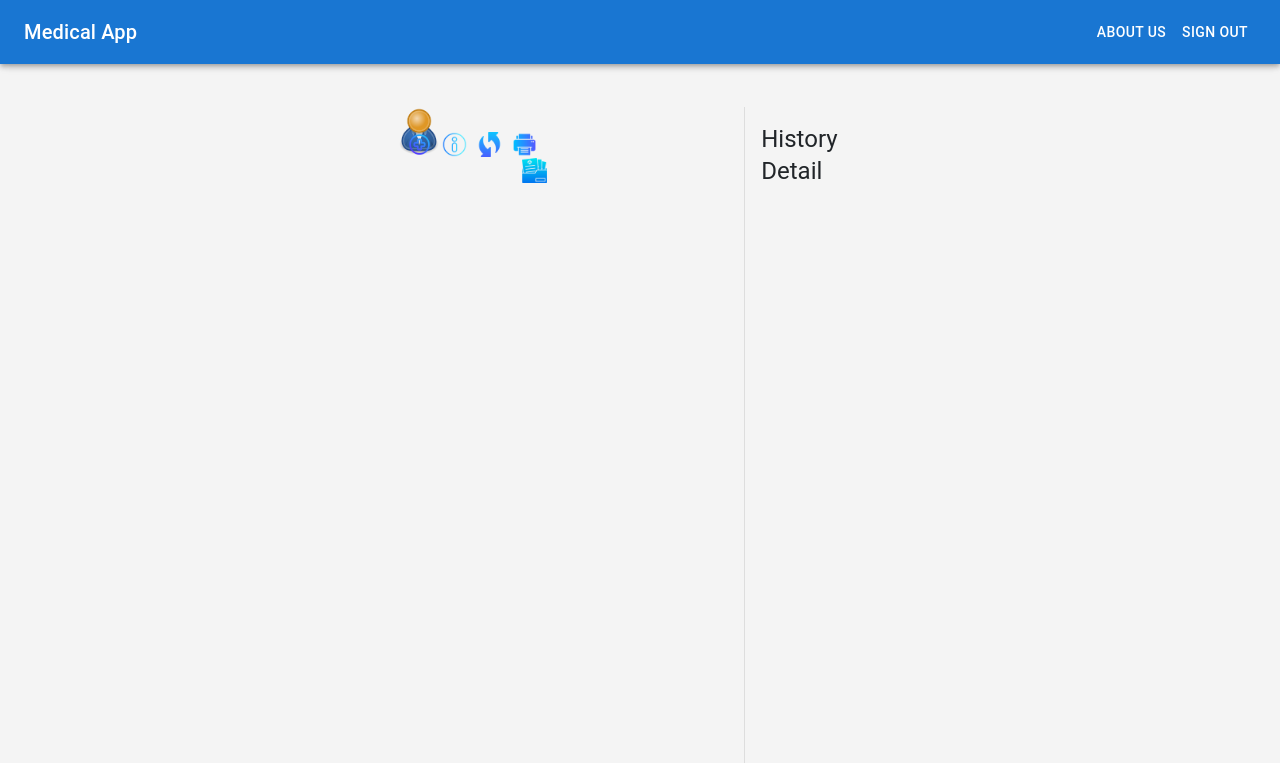
Repository: sshaiv/demo_project
Page: /
An editor plug-in stored every save of this project. The page is shown before and after the next save, followed by the edit.
The browser window is 1280 px wide. The pictures show the whole page.
The project was rebuilt for these pictures with package versions that can differ from the ones it lists, and the page was loaded fresh each time. Also part of the build but not shown: src/components/AddPatient.js.

Above is the page before, as saved 2024-08-12 23:52:02.

### public/index.html
<!DOCTYPE html>
<html lang="en">
  <head>
    <meta charset="utf-8" />
    <link rel="icon" href="%PUBLIC_URL%/favicon.ico" />
    <meta name="viewport" content="width=device-width, initial-scale=1" />
    <meta name="theme-color" content="#000000" />
    <meta
      name="description"
      content="Web site created using create-react-app"
    />
    <link rel="apple-touch-icon" href="%PUBLIC_URL%/logo192.png" />
    <!--
      manifest.json provides metadata used when your web app is installed on a
      user's mobile device or desktop. See https://developers.google.com/web/fundamentals/web-app-manifest/
    -->
    <link rel="manifest" href="%PUBLIC_URL%/manifest.json" />
    <link
  rel="stylesheet"
  href="https://maxcdn.bootstrapcdn.com/bootstrap/4.5.2/css/bootstrap.min.css"
/>

    <!--
      Notice the use of %PUBLIC_URL% in the tags above.
      It will be replaced with the URL of the `public` folder during the build.
      Only files inside the `public` folder can be referenced from the HTML.

      Unlike "/favicon.ico" or "favicon.ico", "%PUBLIC_URL%/favicon.ico" will
      work correctly both with client-side routing and a non-root public URL.
      Learn how to configure a non-root public URL by running `npm run build`.
    -->
    <title>React App</title>
  </head>
  <body>
    <noscript>You need to enable JavaScript to run this app.</noscript>
    <div id="root"></div>
    <!--
      This HTML file is a template.
      If you open it directly in the browser, you will see an empty page.

      You can add webfonts, meta tags, or analytics to this file.
      The build step will place the bundled scripts into the <body> tag.

      To begin the development, run `npm start` or `yarn start`.
      To create a production bundle, use `npm run build` or `yarn build`.
    -->
  </body>
</html>

### src/App.js
// src/App.js
import React from 'react';
import { Box, Container } from '@mui/material';
import LeftSection from './components/LeftSection';
import RightSection from './components/RightSection';
import Header from './components/Header'; // Assuming you have a Header component

const App = () => {
  return (
    <div>
      <Header /> {/* Include your header if you have one */}

      <Box
        sx={{
          position:'relative',
          top:'75px',
          display: 'flex',
          height: 'calc(100vh - 64px)', // Adjust height if you have a header
        }}
      >
        <Box sx={{ width: '70%', overflowY: 'scroll' }}>
          <LeftSection />

        </Box>
        <Box sx={{ width: '30%', borderLeft: '1px solid #ddd' }}>
          <RightSection />
        </Box>
      </Box>
    </div>
  );
};

export default App;

### src/components/LeftSection.jsx
// src/components/LeftSection.js
import React from 'react';
// import { Box, Typography, TextField, Grid } from '@mui/material';
import NursingHeader from './NursingHeader';
import AddPatient from './AddPatient';
import { useState } from 'react';

const LeftSection = () => {


  const [showLogin, setShowLogin] = useState(false)

  return (
    <>
    {showLogin? <AddPatient  setShowLogin={setShowLogin}/>:<></>}

     <div>
      <NursingHeader  setShowLogin={setShowLogin} />
      </div>
   </>
  );
};

export default LeftSection;

### src/components/RightSection.jsx
// src/components/RightSection.js
import React from 'react';
import { Box, Typography } from '@mui/material';

const RightSection = () => {
  return (
    <Box
      sx={{
        width: '100%',
        height: 'calc(100vh - 64px)',
        padding: '16px',
        boxSizing: 'border-box',
      }}
    >
      <Typography variant="h5" gutterBottom>
        History Detail
      </Typography>
      {/* Add more content as needed */}
    </Box>
  );
};

export default RightSection;

### src/components/Header.js
import React from 'react';
import { AppBar, Toolbar, Typography, Button } from '@mui/material';

const Header = () => {
  return (
    <AppBar position="fixed">
      <Toolbar>
        <Typography variant="h6" style={{ flexGrow: 1 }}>
          Medical App
        </Typography>
        <Button color="inherit">About Us</Button>
        <Button color="inherit">Sign Out</Button>
      </Toolbar>
    </AppBar>
  );
};

export default Header;

### src/components/NursingHeader.js
// import React from "react";
import React from "react";
import  '../cssfile/style.css'

const NursingHeader = ({setShowLogin}) => {
  return (
    <div id="NursingHeader" className="container-fluid">
      <div className="row">
        {/* Employee Image */}
        <div className="col-md-1">
          <img
            src="/assets/2000px-User_icon_2.svg.png"
            style={{
              width: "50px",
              height: "50px",
              marginRight: "10px",
              cursor: "pointer",
            }}
            alt=""
            onClick={() => console.log("Add Patient Clicked")}
          />
        </div>

        {/* Patient Information */}
        <div className="col-md-5">
          <div
            className="input-group input-group-sm"
            style={{ fontWeight: "bolder", border: "none" }}
          >
            <span
              id="txtPatName"
              style={{
                display: "inline",
                fontWeight: "bolder",
                border: "none",
              }}
            >
              {/* Patient Name */}
            </span>
            <span
              id="txtAgeSex"
              style={{
                display: "inline",
                fontWeight: "bolder",
                border: "none",
              }}
            >
              {/* Age and Sex */}
            </span>
            <span
              id="txtNurIpdNo"
              style={{
                display: "inline",
                fontWeight: "bolder",
                border: "none",
              }}
            >
              {/* Nurse IPD Number */}
            </span>
            <span
              id="txtMobNo"
              className="glyphicon glyphicon-phone"
              style={{
                display: "inline",
                fontWeight: "bolder",
                fontSize: "15px",
                border: "none",
              }}
            >
              {/* Mobile Number */}
            </span>
          </div>
        </div>

        {/* Action Buttons */}
        <div
        className="col-md-6"
        style={{ textAlign: "right", position: "relative", bottom: "40px" }}
      >
        <img
          src="/assets/addpatients.png"
          style={{
            width: "25px",
            height: "25px",
            marginRight: "10px",
            cursor: "pointer",
          }}
          alt="ADD"
          onClick={() => setShowLogin(true)}
        />
        <img
          src="/assets/info-button.png"
          style={{
            width: "25px",
            height: "25px",
            marginRight: "10px",
            cursor: "pointer",
          }}
          alt="Info"
          onClick={() => console.log("Info Button Clicked")}
        />
        <img
          src="/assets/refresh.png"
          style={{
            width: "25px",
            height: "25px",
            marginRight: "10px",
            cursor: "pointer",
          }}
          alt="Refresh"
          onClick={() => console.log("Refresh Clicked")}
        />
        <img
          src="/assets/printer.png"
          style={{
            width: "25px",
            height: "25px",
            marginRight: "10px",
            cursor: "pointer",
          }}
          alt="Print"
          onClick={() => console.log("Print Clicked")}
        />
        <img
          src="/assets/folder.png"
          style={{ width: "25px", height: "25px", cursor: "pointer" }}
          alt="Folder"
          onClick={() => console.log("Folder Clicked")}
        />
      </div>


      </div>

      {/* Hidden Fields */}
      <div className="row">
        <div className="col-md-1" hidden>
          <label>Bed No.</label>
          <input
            id="txtBedNo"
            type="text"
            className="form-control form-control-readonly"
            readOnly
            disabled
          />
        </div>
        <div className="col-md-1" hidden>
          <label>Age</label>
          <input
            id="txtAge"
            type="text"
            className="form-control form-control-readonly"
            readOnly
            disabled
          />
        </div>
        <div className="col-md-1" hidden>
          <label>Gender</label>
          <input
            id="txtGender"
            type="text"
            className="form-control form-control-readonly"
            readOnly
            disabled
          />
        </div>
      </div>
    </div>
  );
};

// Reusable Button Component
const Button = ({ id, imgSrc, onClick, title, disabled }) => (
  <button
    id={id}
    className="btn btn-primary btn-sm"
    style={{ backgroundColor: "transparent" }}
    onClick={onClick}
    title={title}
    disabled={disabled}
  >
    <img
      src={imgSrc}
      style={{ width: "25px", height: "25px" }}
      alt={title || "button"}
    />
  </button>
);

export default NursingHeader;

### src/cssfile/style.css
body {
    font-family: Arial, sans-serif;
    background-color: #f4f4f4;
    display: flex;
    justify-content: center;
    align-items: center;
    height: 100vh;
    margin: 0;
  }

  .container {
    background-color: white;
    width: 85%;
    border: 2px solid #003366;
    border-radius: 8px;
    padding: 20px;
  }

  .header {
    display: flex;
    justify-content: space-between;
    align-items: center;
    background-color: #003366;
    color: white;
    padding: 10px;
    border-radius: 6px;
  }

  .header h2 {
    margin: 0;
  }

  .buttons {
    display: flex;
    gap: 10px;
  }

  .buttons button {
    background-color: white;
    border: none;
    border-radius: 50%;
    padding: 8px;
    cursor: pointer;
    font-size: 16px;
  }

  .patient-form {
    margin-top: 20px;
  }

  .row {
    display: flex;
    align-items: center;
    margin-bottom: 15px;
    gap: 15px;
  }

  .row label {
    width: 100px;
    font-weight: bold;
  }

  .row input,
  .row select {
    flex: 1;
    padding: 5px;
    border: 1px solid #ccc;
    border-radius: 4px;
  }

  .row .required {
    color: red;
  }

  .search-btn {
    background-color: #fff;
    border: 1px solid #ccc;
    padding: 5px;
    cursor: pointer;
  }

  .footer {
    display: flex;
    justify-content: center;
    margin-top: 20px;
  }

  .done-btn {
    background-color: #003366;
    color: white;
    padding: 10px 20px;
    border: none;
    border-radius: 4px;
    cursor: pointer;
    font-size: 16px;
  }

Loaded but not shown: src/index.js (common file); src/index.css (common file)

After the next save:
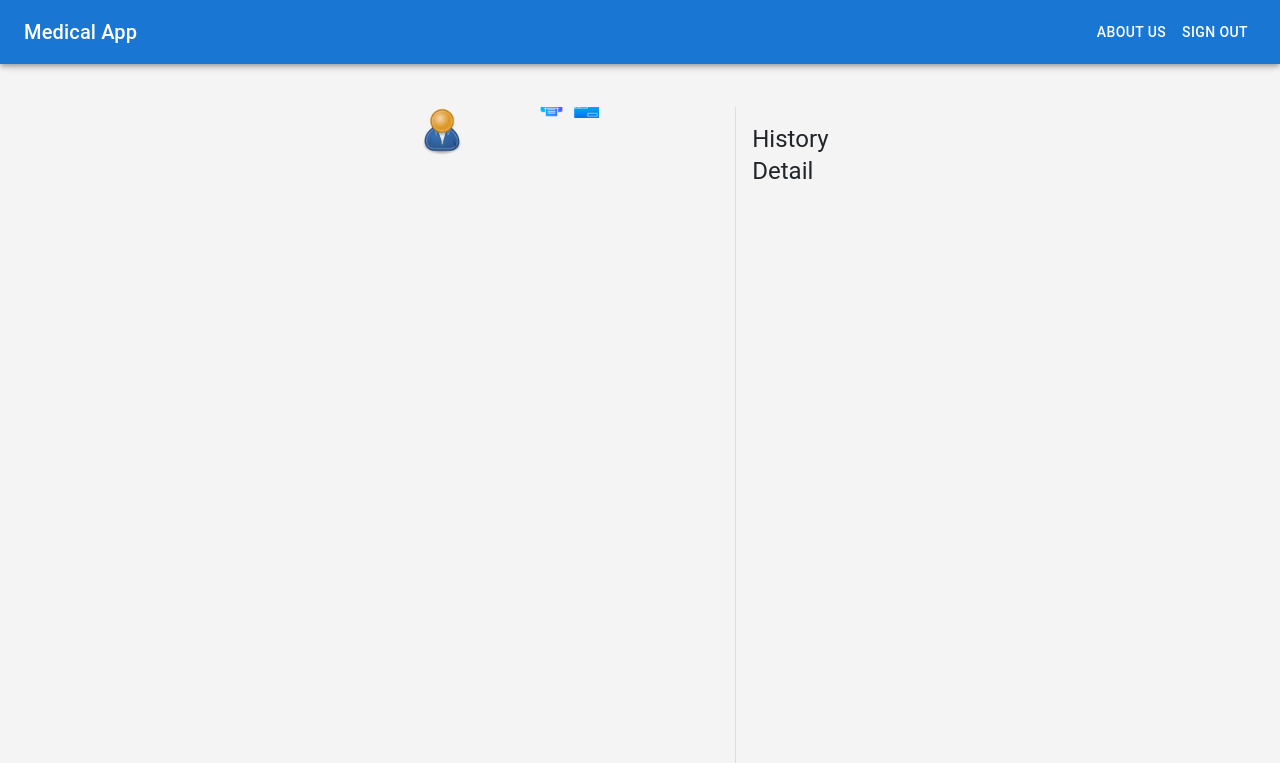
Saved 2 min 15 s later.
--- a/src/components/NursingHeader.js
+++ b/src/components/NursingHeader.js
@@ -21,56 +21,6 @@
           />
         </div>
 
-        {/* Patient Information */}
-        <div className="col-md-5">
-          <div
-            className="input-group input-group-sm"
-            style={{ fontWeight: "bolder", border: "none" }}
-          >
-            <span
-              id="txtPatName"
-              style={{
-                display: "inline",
-                fontWeight: "bolder",
-                border: "none",
-              }}
-            >
-              {/* Patient Name */}
-            </span>
-            <span
-              id="txtAgeSex"
-              style={{
-                display: "inline",
-                fontWeight: "bolder",
-                border: "none",
-              }}
-            >
-              {/* Age and Sex */}
-            </span>
-            <span
-              id="txtNurIpdNo"
-              style={{
-                display: "inline",
-                fontWeight: "bolder",
-                border: "none",
-              }}
-            >
-              {/* Nurse IPD Number */}
-            </span>
-            <span
-              id="txtMobNo"
-              className="glyphicon glyphicon-phone"
-              style={{
-                display: "inline",
-                fontWeight: "bolder",
-                fontSize: "15px",
-                border: "none",
-              }}
-            >
-              {/* Mobile Number */}
-            </span>
-          </div>
-        </div>
 
         {/* Action Buttons */}
         <div

After the save that followed:
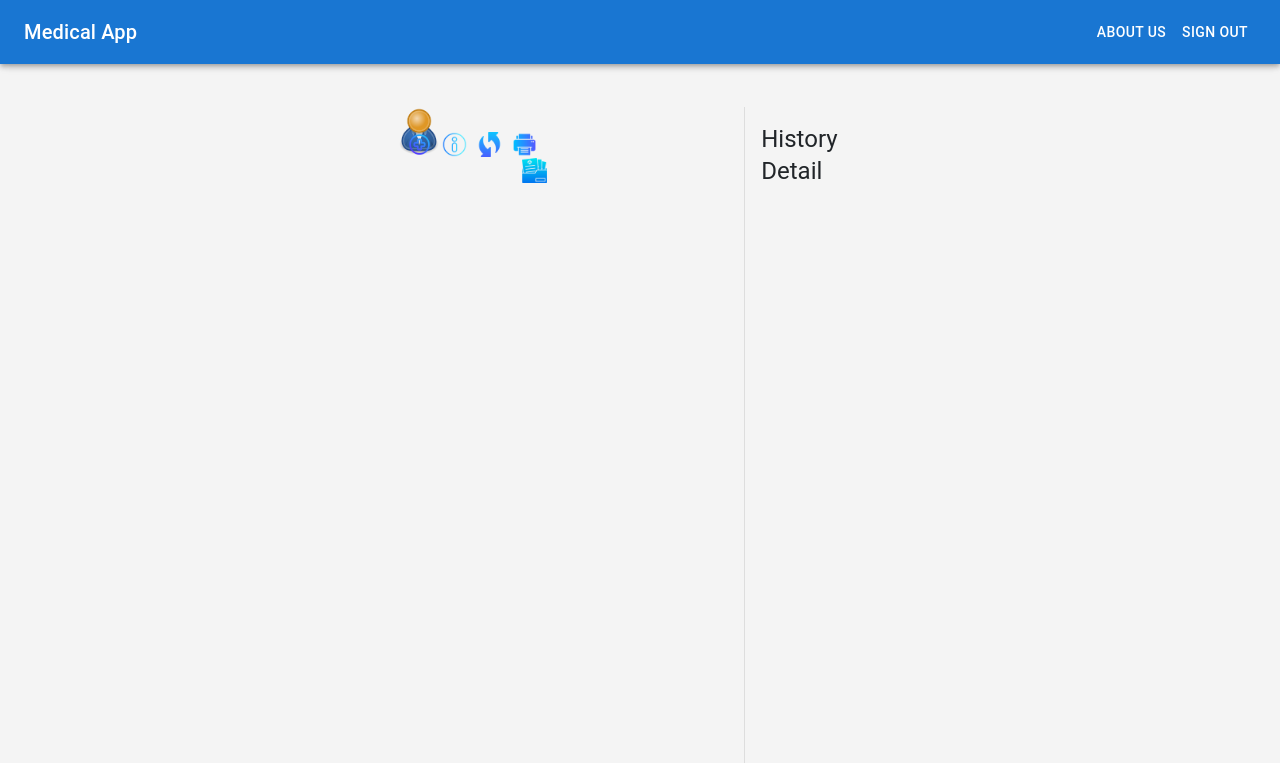
Saved 19 s later.
--- a/src/components/NursingHeader.js
+++ b/src/components/NursingHeader.js
@@ -21,6 +21,56 @@
           />
         </div>
 
+        {/* Patient Information */}
+        <div className="col-md-5">
+          <div
+            className="input-group input-group-sm"
+            style={{ fontWeight: "bolder", border: "none" }}
+          >
+            <span
+              id="txtPatName"
+              style={{
+                display: "inline",
+                fontWeight: "bolder",
+                border: "none",
+              }}
+            >
+              {/* Patient Name */}
+            </span>
+            <span
+              id="txtAgeSex"
+              style={{
+                display: "inline",
+                fontWeight: "bolder",
+                border: "none",
+              }}
+            >
+              {/* Age and Sex */}
+            </span>
+            <span
+              id="txtNurIpdNo"
+              style={{
+                display: "inline",
+                fontWeight: "bolder",
+                border: "none",
+              }}
+            >
+              {/* Nurse IPD Number */}
+            </span>
+            <span
+              id="txtMobNo"
+              className="glyphicon glyphicon-phone"
+              style={{
+                display: "inline",
+                fontWeight: "bolder",
+                fontSize: "15px",
+                border: "none",
+              }}
+            >
+              {/* Mobile Number */}
+            </span>
+          </div>
+        </div>
 
         {/* Action Buttons */}
         <div
